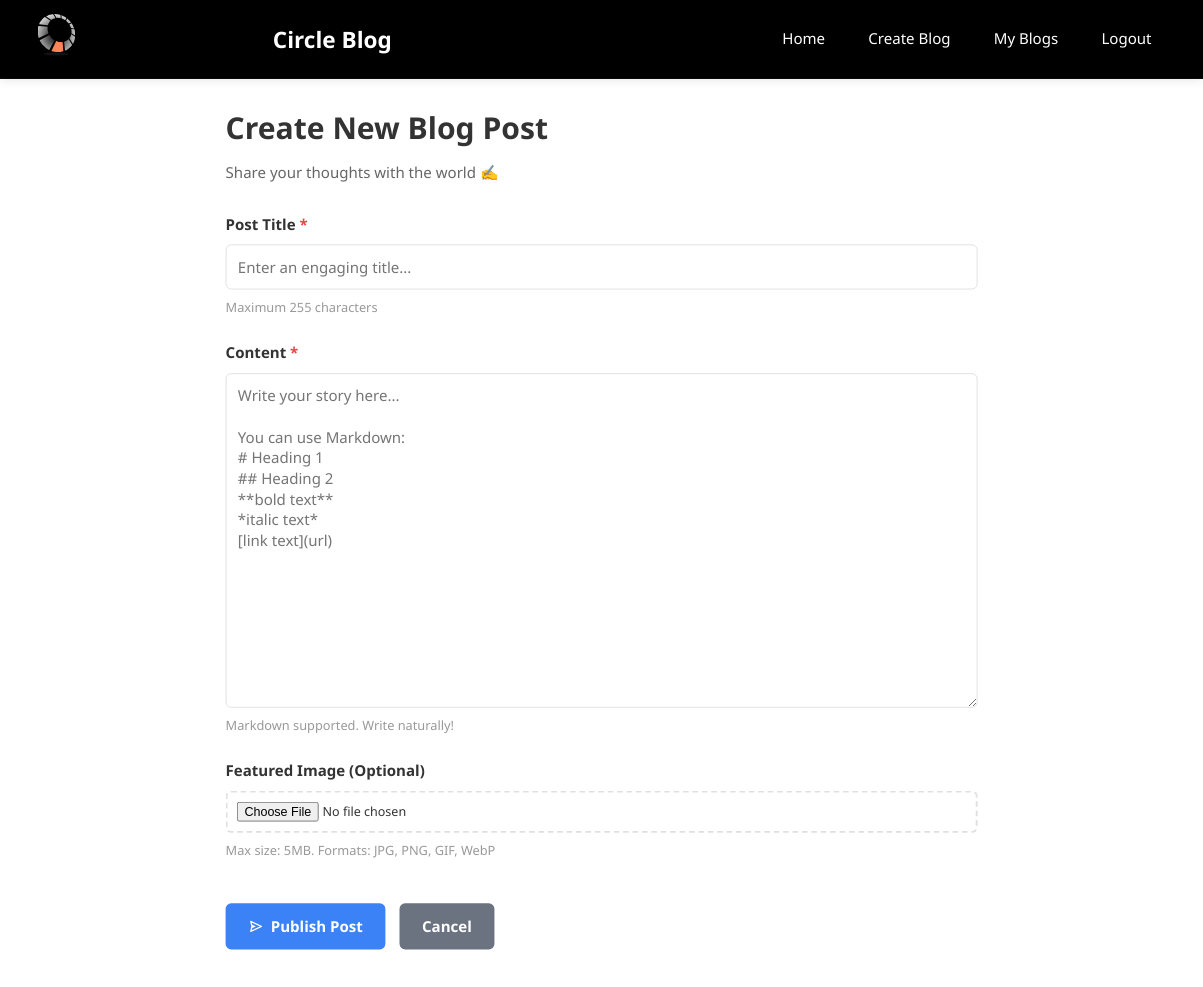
Repository: Sandavi44/circleblog-website
Page: http://localhost/circle-blog/posts/create.php
The author's editor kept a copy of each file at every save. The page is drawn from the files as they stood at one save, then again after the next save.
The browser window is 1280 px wide. The pictures show the whole page, at 94% of full size.
The page is run by PHP 8.4 with error messages shown; the project is at /var/www/html/. The session is filled in as if someone had signed in: {"user_id": 1, "username": "testuser"}.

Above is the page before, as saved 2025-11-08 09:37:01.

After the next save:
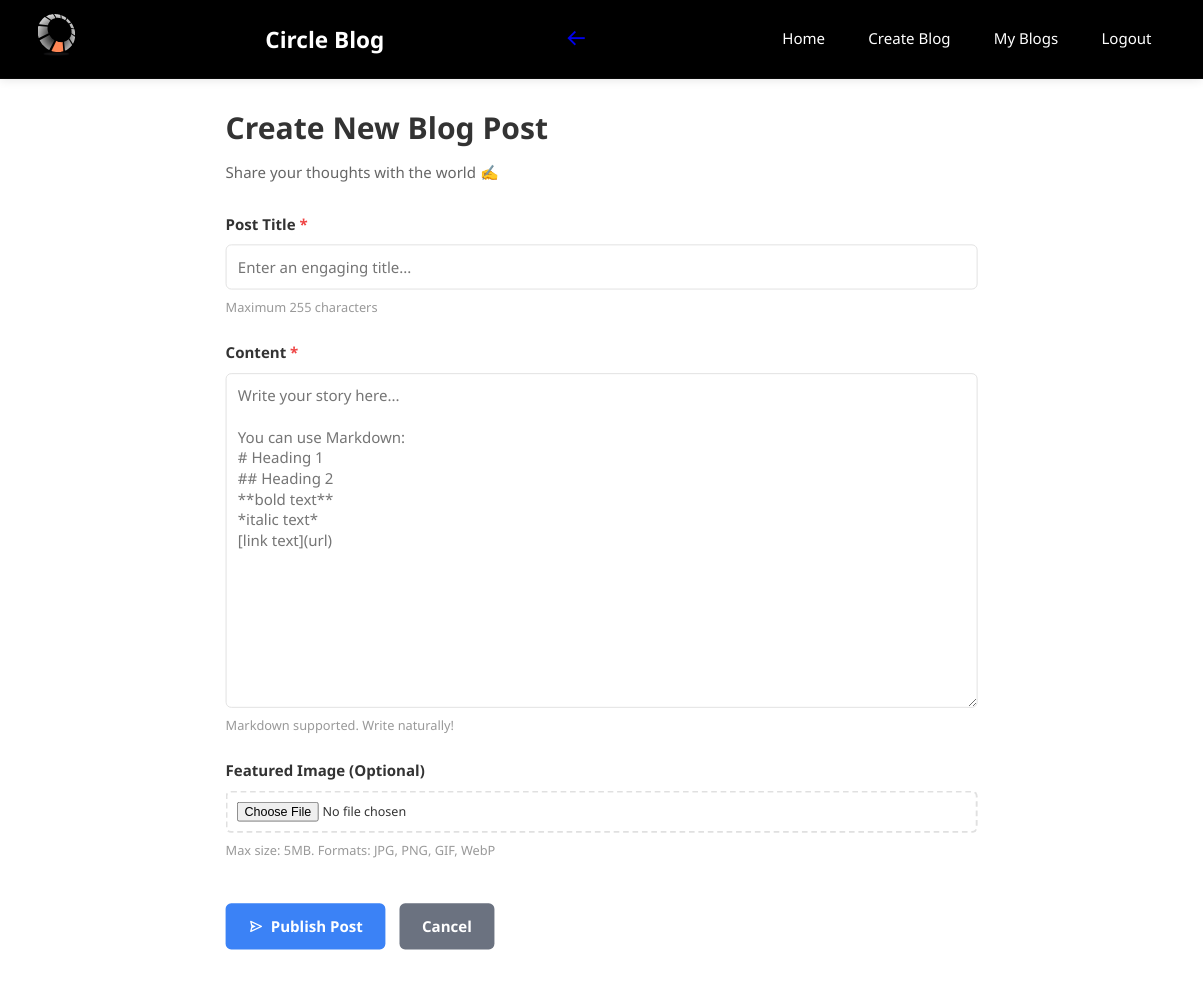
Saved 4 h 30 min later.
--- a/posts/create.php
+++ b/posts/create.php
@@ -43,6 +43,10 @@
     <div class="blog-name-circle">Circle Blog</div>
 
     <div class="icons">
+      <!-- Back button for easy navigation -->
+      <a href="../index.php" class="back-btn" title="Back to Home">
+        <i class='bx bx-arrow-back'></i>
+      </a>
       <i class='bx bx-menu' id="menu-icon"></i>
     </div>
 
